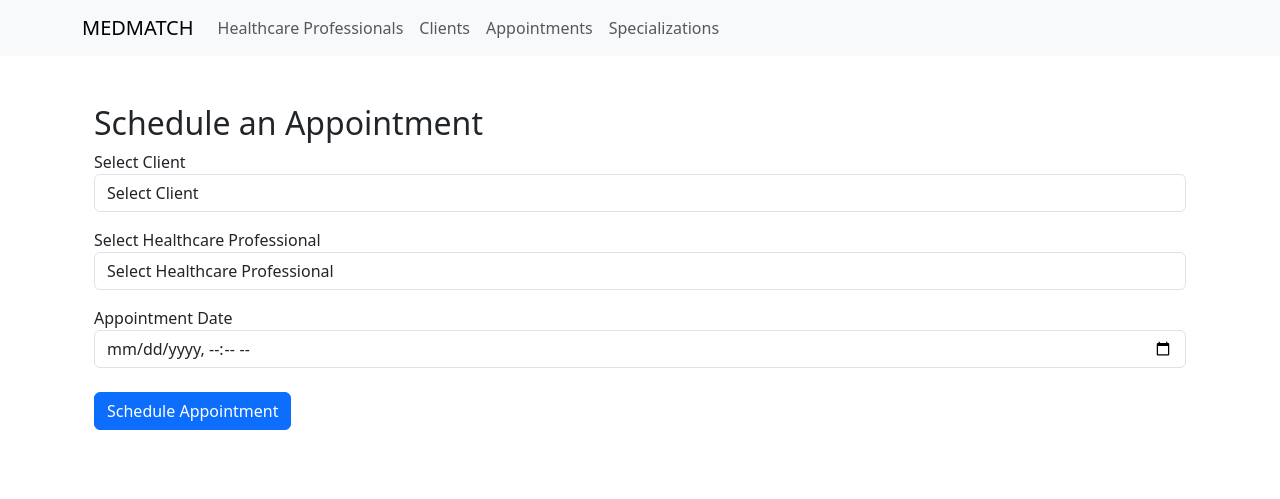
Repository: fahma20/medmatch-platform
Page: /appointments (app in client/)
The author's editor kept a copy of each file at every save. The page is drawn from the files as they stood at one save, then again after a run of saves.
The browser window is 1280 px wide. The pictures show the whole page.
The page's requests for data from a server got no answer. The project was rebuilt for these pictures with package versions that can differ from the ones it lists, and the page was loaded fresh each time. No one was signed in, and anything a server would have sent is missing. Also part of the build but not shown: client/src/components/Healthcareprofessionals.js, client/src/components/Specializations.js, client/src/components/Clients.js, client/src/components/Homepage.js.

Above is the page before, as saved 2025-01-31 09:01:41.

### client/src/index.js
import React from "react";
import ReactDOM from "react-dom";
import App from './components/App';  // Correct path to the App component


ReactDOM.render(
  <React.StrictMode>
    <App />
  </React.StrictMode>,
  document.getElementById("root")
);

### client/src/components/App.js
import React from 'react';
import { BrowserRouter as Router, Routes, Route } from 'react-router-dom';
import 'bootstrap/dist/css/bootstrap.min.css';

import HealthcareProfessionals from './Healthcareprofessionals'; // Ensure the correct name and casing
import Specializations from './Specializations';
import Appointments from './Appointments';
import Clients from './Clients';
import Navbar from './Navbar';
import HomePage from './Homepage'; // Corrected import to HomePage

const App = () => {
  return (
    <Router>
      <Navbar /> {/* Your Navbar component */}
      <div className="container mt-5">
        <Routes>
          {/* Add HomePage as the route for the root path */}
          <Route path="/" element={<HomePage />} /> {/* Home Page */}
          <Route path="/clients" element={<Clients />} />
          <Route path="/appointments" element={<Appointments />} />
          <Route path="/specializations" element={<Specializations />} />
          <Route path="/healthcare-professionals" element={<HealthcareProfessionals />} /> {/* Healthcare Professionals Page */}
        </Routes>
      </div>
    </Router>
  );
};

export default App;

### client/src/components/Appointments.js

/*
import React, { useState, useEffect } from 'react';
import { Formik, Field, Form, ErrorMessage } from 'formik';
import * as Yup from 'yup';

const Appointments = () => {
  const [appointments, setAppointments] = useState([]);

  // Fetch appointments
  useEffect(() => {
    const fetchAppointments = async () => {
      try {
        const response = await fetch('http://127.0.0.1:5000/api/appointments');
        const data = await response.json();
        setAppointments(data);
      } catch (error) {
        console.error('Error fetching appointments:', error);
      }
    };
    fetchAppointments();
  }, []);

  // Validation schema for creating/editing appointment
  const validationSchema = Yup.object({
    clientId: Yup.number().required('Client ID is required'),
    doctorId: Yup.number().required('Doctor ID is required'),
    appointmentDate: Yup.date().required('Appointment date is required'),
  });

  // Handle form submission (create new appointment)
  const handleSubmit = async (values, { resetForm }) => {
    try {
      const response = await fetch('http://127.0.0.1:5000/api/appointments', {
        method: 'POST',
        headers: {
          'Content-Type': 'application/json',
        },
        body: JSON.stringify(values),
      });

      if (!response.ok) {
        console.error('Error adding appointment:', response);
        return;
      }

      const newAppointment = await response.json();
      setAppointments((prevAppointments) => [...prevAppointments, newAppointment]);
      resetForm();
    } catch (error) {
      console.error('Error adding appointment:', error);
    }
  };

  // Handle deleting an appointment
  const handleDelete = async (id) => {
    try {
      const response = await fetch(`http://127.0.0.1:5000/api/appointments/${id}`, {
        method: 'DELETE',
      });

      if (!response.ok) {
        console.error('Error deleting appointment:', response);
        return;
      }

      setAppointments((prevAppointments) =>
        prevAppointments.filter((appointment) => appointment.id !== id)
      );
    } catch (error) {
      console.error('Error deleting appointment:', error);
    }
  };

  return (
    <div>
      <h2>Appointments</h2>

      <Formik
        initialValues={{
          clientId: '',
          doctorId: '',
          appointmentDate: '',
        }}
        validationSchema={validationSchema}
        onSubmit={handleSubmit}
      >
        <Form>
          <div className="form-group">
            <label htmlFor="clientId">Client ID</label>
            <Field
              type="number"
              id="clientId"
              name="clientId"
              className="form-control"
            />
            <ErrorMessage name="clientId" component="div" className="text-danger" />
          </div>

          <div className="form-group">
            <label htmlFor="doctorId">Doctor ID</label>
            <Field
              type="number"
              id="doctorId"
              name="doctorId"
              className="form-control"
            />
            <ErrorMessage name="doctorId" component="div" className="text-danger" />
          </div>

          <div className="form-group">
            <label htmlFor="appointmentDate">Appointment Date</label>
            <Field
              type="date"
              id="appointmentDate"
              name="appointmentDate"
              className="form-control"
            />
            <ErrorMessage name="appointmentDate" component="div" className="text-danger" />
          </div>

          <button type="submit" className="btn btn-primary">Add Appointment</button>
        </Form>
      </Formik>

      <div className="mt-4">
        <h3>Appointments List</h3>
        {appointments.length === 0 ? (
          <p>No appointments available.</p>
        ) : (
          appointments.map((appointment) => (
            <div key={appointment.id} className="card mb-3">
              <div className="card-body">
                <h5 className="card-title">Appointment ID: {appointment.id}</h5>
                <p className="card-text">
                  <strong>Client ID:</strong> {appointment.clientId}
                </p>
                <p className="card-text">
                  <strong>Doctor ID:</strong> {appointment.doctorId}
                </p>
                <p className="card-text">
                  <strong>Date:</strong> {new Date(appointment.appointmentDate).toLocaleDateString()}
                </p>
                <button
                  className="btn btn-danger"
                  onClick={() => handleDelete(appointment.id)}
                >
                  Delete
                </button>
              </div>
            </div>
          ))
        )}
      </div>
    </div>
  );
};

export default Appointments;
*/

import React, { useState, useEffect } from 'react';

const Appointments = () => {
    const [clients, setClients] = useState([]);
    const [professionals, setProfessionals] = useState([]);
    const [appointmentDate, setAppointmentDate] = useState('');
    const [clientId, setClientId] = useState('');
    const [professionalId, setProfessionalId] = useState('');
    const [message, setMessage] = useState('');

    useEffect(() => {
        // Fetch clients and healthcare professionals from API
        const fetchClients = async () => {
            const response = await fetch('http://127.0.0.1:5000/api/clients');
            const data = await response.json();
            setClients(data);
        };

        const fetchProfessionals = async () => {
            const response = await fetch('http://127.0.0.1:5000/api/healthcare_professionals');
            const data = await response.json();
            setProfessionals(data);
        };

        fetchClients();
        fetchProfessionals();
    }, []);

    const handleSubmit = async (e) => {
        e.preventDefault();

        const data = {
            client_id: clientId,
            healthcare_professional_id: professionalId,
            appointment_date: appointmentDate,
        };

        try {
            const response = await fetch('http://127.0.0.1:5000/api/appointments', {
                method: 'POST',
                headers: {
                    'Content-Type': 'application/json',
                },
                body: JSON.stringify(data),
            });

            if (response.ok) {
                const result = await response.json();
                setMessage(`Appointment scheduled with ${result.healthcare_professional} for ${result.appointment_date}`);
            } else {
                setMessage('Error creating appointment.');
            }
        } catch (error) {
            setMessage('Error connecting to the server.');
        }
    };

    return (
        <div className="container mt-4">
            <h2>Schedule an Appointment</h2>
            <form onSubmit={handleSubmit}>
                <div className="form-group">
                    <label>Select Client</label>
                    <select
                        className="form-control"
                        value={clientId}
                        onChange={(e) => setClientId(e.target.value)}
                    >
                        <option value="">Select Client</option>
                        {clients.map((client) => (
                            <option key={client.id} value={client.id}>
                                {client.name}
                            </option>
                        ))}
                    </select>
                </div>
                <div className="form-group mt-3">
                    <label>Select Healthcare Professional</label>
                    <select
                        className="form-control"
                        value={professionalId}
                        onChange={(e) => setProfessionalId(e.target.value)}
                    >
                        <option value="">Select Healthcare Professional</option>
                        {professionals.map((professional) => (
                            <option key={professional.id} value={professional.id}>
                                {professional.name}
                            </option>
                        ))}
                    </select>
                </div>
                <div className="form-group mt-3">
                    <label>Appointment Date</label>
                    <input
                        type="datetime-local"
                        className="form-control"
                        value={appointmentDate}
                        onChange={(e) => setAppointmentDate(e.target.value)}
                        required
                    />
                </div>
                <button type="submit" className="btn btn-primary mt-4">
                    Schedule Appointment
                </button>
            </form>

            {message && <div className="mt-4 alert alert-info">{message}</div>}
        </div>
    );
};

export default Appointments;

### client/src/components/Navbar.js
/*import React from 'react';
import { Link } from 'react-router-dom';

const Navbar = () => {
  return (
    <nav className="navbar navbar-expand-lg navbar-light bg-light">
      <a className="navbar-brand" href="/">MedMatch</a>
      <div className="collapse navbar-collapse">
        <ul className="navbar-nav ml-auto">
          <li className="nav-item">
            <Link className="nav-link" to="/">Healthcare Professionals</Link>
          </li>
          <li className="nav-item">
            <Link className="nav-link" to="/clients">Clients</Link>
          </li>
          <li className="nav-item">
            <Link className="nav-link" to="/appointments">Appointments</Link>
          </li>
        </ul>
      </div>
    </nav>
  );
};

export default Navbar;
*/

// Navbar.js
import React from 'react';
import { Link } from 'react-router-dom';

const Navbar = () => {
  return (
    <nav className="navbar navbar-expand-lg navbar-light bg-light">
      <div className="container">
        <Link className="navbar-brand" to="/">MEDMATCH</Link>
        <button
          className="navbar-toggler"
          type="button"
          data-bs-toggle="collapse"
          data-bs-target="#navbarNav"
          aria-controls="navbarNav"
          aria-expanded="false"
          aria-label="Toggle navigation"
        >
          <span className="navbar-toggler-icon"></span>
        </button>
        <div className="collapse navbar-collapse" id="navbarNav">
          <ul className="navbar-nav">
            <li className="nav-item">
              <Link className="nav-link" to="/healthcare-professionals">Healthcare Professionals</Link>
            </li>
            <li className="nav-item">
              <Link className="nav-link" to="/clients">Clients</Link>
            </li>
            <li className="nav-item">
              <Link className="nav-link" to="/appointments">Appointments</Link>
            </li>
            <li className="nav-item">
              <Link className="nav-link" to="/specializations">Specializations</Link>
            </li>
          </ul>
        </div>
      </div>
    </nav>
  );
};

export default Navbar;

Loaded but not shown: client/public/index.html (common file)

After the next 2 saves:
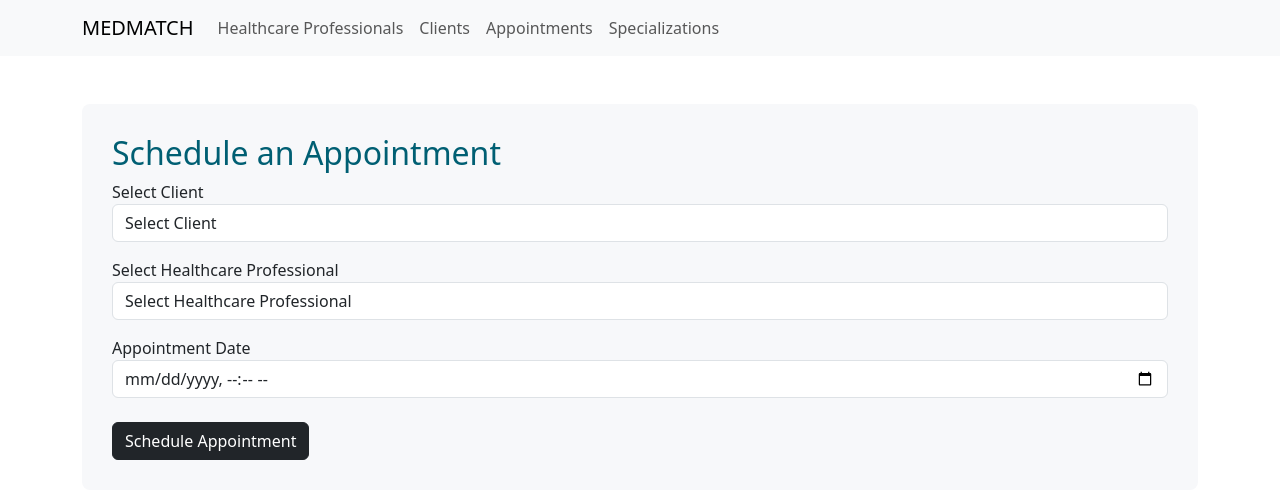
The 2 saves are shown as one change because they came seconds apart.
The last was saved 3 min 25 s later.
--- a/client/src/components/Appointments.js
+++ b/client/src/components/Appointments.js
@@ -168,10 +168,12 @@
     const [clientId, setClientId] = useState('');
     const [professionalId, setProfessionalId] = useState('');
     const [message, setMessage] = useState('');
+    const [loading, setLoading] = useState(false);
 
     useEffect(() => {
         // Fetch clients and healthcare professionals from API
         const fetchClients = async () => {
+            setLoading(true);
             const response = await fetch('http://127.0.0.1:5000/api/clients');
             const data = await response.json();
             setClients(data);
@@ -185,10 +187,12 @@
 
         fetchClients();
         fetchProfessionals();
+        setLoading(false);
     }, []);
 
     const handleSubmit = async (e) => {
         e.preventDefault();
+        setLoading(true);
 
         const data = {
             client_id: clientId,
@@ -207,18 +211,20 @@
 
             if (response.ok) {
                 const result = await response.json();
-                setMessage(`Appointment scheduled with ${result.healthcare_professional} for ${result.appointment_date}`);
+                setMessage(`Appointment scheduled with Dr. ${result.healthcare_professional} for ${result.appointment_date}`);
             } else {
                 setMessage('Error creating appointment.');
             }
         } catch (error) {
             setMessage('Error connecting to the server.');
         }
+
+        setLoading(false);
     };
 
     return (
-        <div className="container mt-4">
-            <h2>Schedule an Appointment</h2>
+        <div className="container mt-4" style={{ backgroundColor: '#f7f8fa', padding: '30px', borderRadius: '8px' }}>
+            <h2 style={{ color: '#005f73' }}>Schedule an Appointment</h2>
             <form onSubmit={handleSubmit}>
                 <div className="form-group">
                     <label>Select Client</label>
@@ -260,12 +266,21 @@
                         required
                     />
                 </div>
-                <button type="submit" className="btn btn-primary mt-4">
-                    Schedule Appointment
+                <button type="submit" className="btn btn-dark mt-4">
+                    {loading ? 'Scheduling...' : 'Schedule Appointment'}
                 </button>
             </form>
 
-            {message && <div className="mt-4 alert alert-info">{message}</div>}
+            {/* Display message */}
+            {message && (
+                <div
+                    className={`mt-4 alert ${
+                        message.includes('Error') ? 'alert-danger' : 'alert-success'
+                    }`}
+                >
+                    {message}
+                </div>
+            )}
         </div>
     );
 };

After the 2 saves that followed:
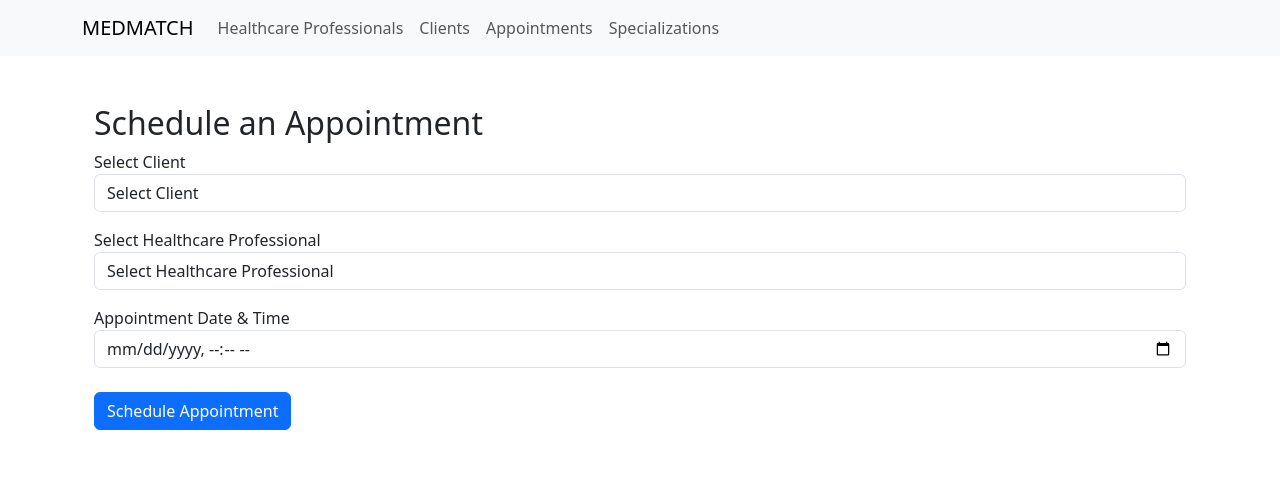
The 2 saves are shown as one change because they came seconds apart.
The last was saved 4 min 47 s later.
--- a/client/src/components/Appointments.js
+++ b/client/src/components/Appointments.js
@@ -168,31 +168,35 @@
     const [clientId, setClientId] = useState('');
     const [professionalId, setProfessionalId] = useState('');
     const [message, setMessage] = useState('');
-    const [loading, setLoading] = useState(false);
-
+
+    // Fetch clients and healthcare professionals from API
     useEffect(() => {
-        // Fetch clients and healthcare professionals from API
         const fetchClients = async () => {
-            setLoading(true);
-            const response = await fetch('http://127.0.0.1:5000/api/clients');
-            const data = await response.json();
-            setClients(data);
+            try {
+                const response = await fetch('http://127.0.0.1:5000/api/clients');
+                const data = await response.json();
+                setClients(data);
+            } catch (error) {
+                console.error('Error fetching clients:', error);
+            }
         };
 
         const fetchProfessionals = async () => {
-            const response = await fetch('http://127.0.0.1:5000/api/healthcare_professionals');
-            const data = await response.json();
-            setProfessionals(data);
+            try {
+                const response = await fetch('http://127.0.0.1:5000/api/healthcare_professionals');
+                const data = await response.json();
+                setProfessionals(data);
+            } catch (error) {
+                console.error('Error fetching professionals:', error);
+            }
         };
 
         fetchClients();
         fetchProfessionals();
-        setLoading(false);
     }, []);
 
     const handleSubmit = async (e) => {
         e.preventDefault();
-        setLoading(true);
 
         const data = {
             client_id: clientId,
@@ -211,20 +215,18 @@
 
             if (response.ok) {
                 const result = await response.json();
-                setMessage(`Appointment scheduled with Dr. ${result.healthcare_professional} for ${result.appointment_date}`);
+                setMessage(`Appointment scheduled with ${result.healthcare_professional} for ${result.appointment_date}`);
             } else {
                 setMessage('Error creating appointment.');
             }
         } catch (error) {
             setMessage('Error connecting to the server.');
         }
-
-        setLoading(false);
     };
 
     return (
-        <div className="container mt-4" style={{ backgroundColor: '#f7f8fa', padding: '30px', borderRadius: '8px' }}>
-            <h2 style={{ color: '#005f73' }}>Schedule an Appointment</h2>
+        <div className="container mt-4">
+            <h2>Schedule an Appointment</h2>
             <form onSubmit={handleSubmit}>
                 <div className="form-group">
                     <label>Select Client</label>
@@ -257,7 +259,7 @@
                     </select>
                 </div>
                 <div className="form-group mt-3">
-                    <label>Appointment Date</label>
+                    <label>Appointment Date & Time</label>
                     <input
                         type="datetime-local"
                         className="form-control"
@@ -266,21 +268,12 @@
                         required
                     />
                 </div>
-                <button type="submit" className="btn btn-dark mt-4">
-                    {loading ? 'Scheduling...' : 'Schedule Appointment'}
+                <button type="submit" className="btn btn-primary mt-4">
+                    Schedule Appointment
                 </button>
             </form>
 
-            {/* Display message */}
-            {message && (
-                <div
-                    className={`mt-4 alert ${
-                        message.includes('Error') ? 'alert-danger' : 'alert-success'
-                    }`}
-                >
-                    {message}
-                </div>
-            )}
+            {message && <div className="mt-4 alert alert-info">{message}</div>}
         </div>
     );
 };
